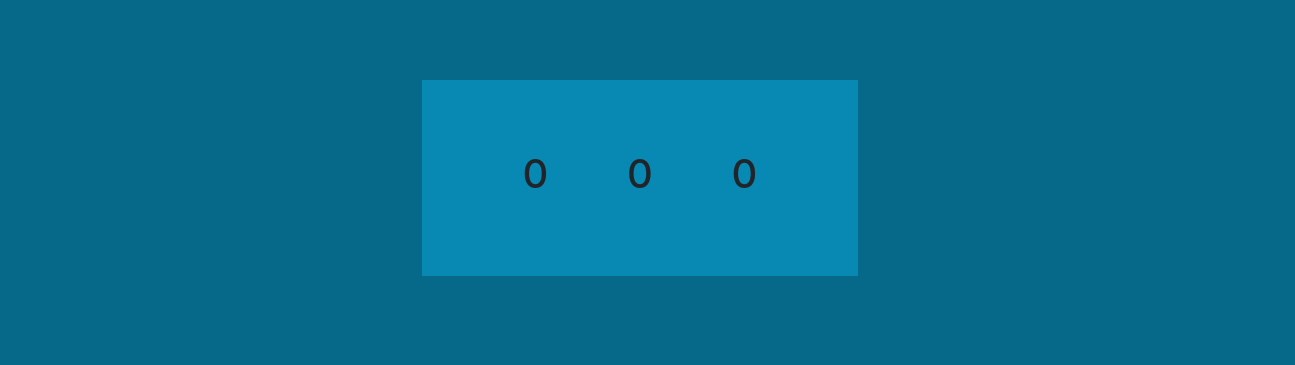
Repository: moiz9265/stopwatch
Page: index.html
These files come from the project's save history. The page is drawn as it stood at one moment and after the next save; the edit follows.
The browser window is 1280 px wide. The page is 1295 px wide, so the pictures cover 1295 px, including what lies to the right of the window. The pictures show the whole page.

Above is the page before, as saved 2020-07-09 22:57:21.

### index.html
<!DOCTYPE html>
<html lang="en">
  <head>
    <meta charset="utf-8">
    <title>Stop Watch</title>

    <link rel="stylesheet" href="css/bootstrap.min.css">
    <link rel="stylesheet" href="css/style.css" type="text/css">
    <script src="js/app.js">

    </script>
  </head>
  <body>
      <!-- <h1  style="text-align: center;">Stop Watch</h1> -->
        <div class="row" style="margin-top: 80px;">
            <div class="col-md-4">

            </div>
            <div id="maindiv" style=" text-align: center;" class="col-sm-12 col-md-4">
                <h1>0</h1>
                <h1>0</h1>
                <h1>0</h1>
                <!-- <h1>0</h1> -->
            </div>
            <div class="col-md-4">

            </div>

        </div>
  </body>
  <script src="js/jquery-3.2.1.slim.min.js"></script>
  <script src="js/popper.min.js"></script>
  <script src="js/bootstrap.min.js"> </script>
</html>

### css/style.css
body{
    background-color: #066989;
}

#maindiv
{
        marg
    width: 40%;
    background-color: #0789B3;
    padding-top: 70px;
    padding-bottom: 70px;
    padding-left: 30px;
    padding-right: 30px;


}

h1
{
    display: inline-block;
    width: 100px;
   text-align: center;
}

Loaded but not shown: css/bootstrap.min.css (library); js/jquery-3.2.1.slim.min.js (library); js/popper.min.js (library); js/bootstrap.min.js (library); js/app.js (no stored copy; drawn as an empty file)

After the next save:
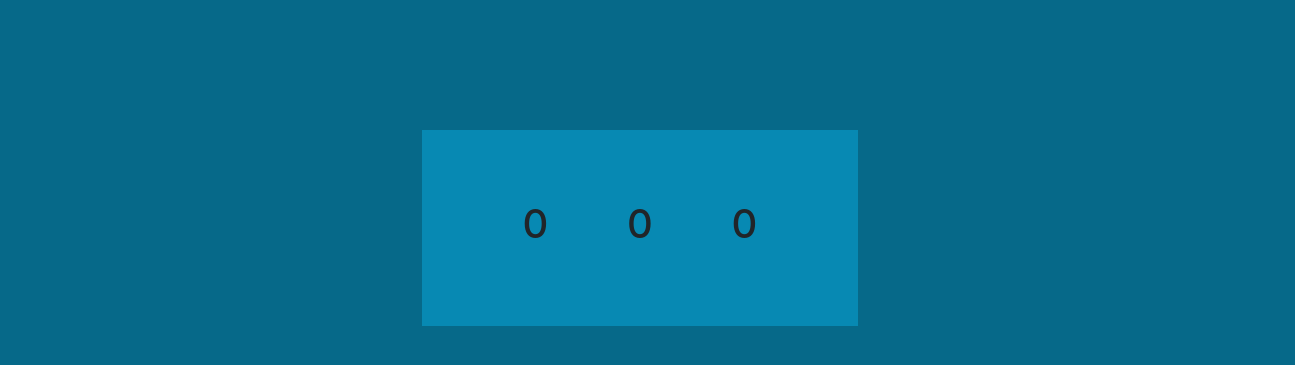
Saved 4 s later.
--- a/css/style.css
+++ b/css/style.css
@@ -4,7 +4,7 @@ body{
 
 #maindiv
 {
-        marg
+        margin-top: 50px;
     width: 40%;
     background-color: #0789B3;
     padding-top: 70px;
